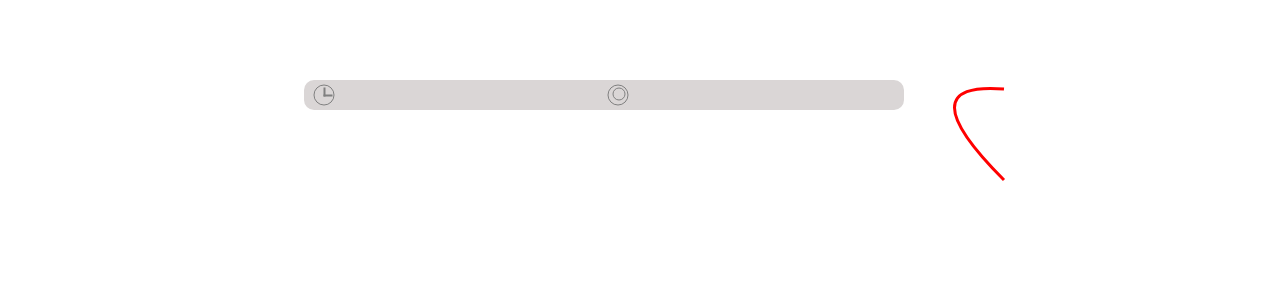
Repository: Gaj123-coder/emoji-search-app
Page: /
These files come from the project's save history. The page is drawn as it stood at one moment and after the next save; the edit follows.
The browser window is 1280 px wide. The pictures show the whole page.
The project was rebuilt for these pictures with package versions that can differ from the ones it lists, and the page was loaded fresh each time.

Above is the page before, as saved 2021-10-30 19:28:42.

After the next save:
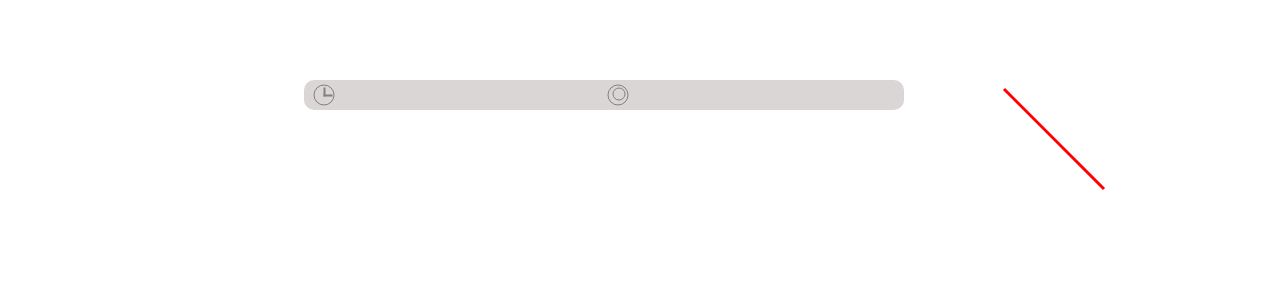
Saved 14 s later.
--- a/src/App.js
+++ b/src/App.js
@@ -18,7 +18,7 @@ function App() {
       </div>
       <div>
        <svg>
-         <path d="M100 9 Q1 1 100 100" stroke="red" strokeWidth="3" fill="none"/>
+         <path d="M100 9 q1 1 100 100" stroke="red" strokeWidth="3" fill="none"/>
        </svg>
       </div>
     </div>
